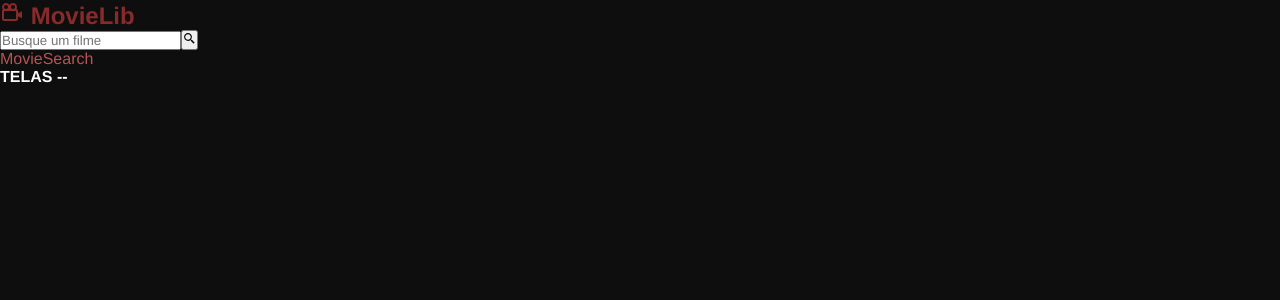
Repository: gustavo-eng/MovieLib
Page: /
The author's editor kept a copy of each file at every save. The page is drawn from the files as they stood at one save, then again after the next save.
The browser window is 1280 px wide. The pictures show the whole page.
The page's requests for data from a server got no answer. The project was rebuilt for these pictures with package versions that can differ from the ones it lists, and the page was loaded fresh each time. No one was signed in, and anything a server would have sent is missing. Also part of the build but not shown: vite.config.js, src/Pages/Movie.jsx, src/Pages/Search.jsx.

Above is the page before, as saved 2022-12-31 01:20:16.

After the next save:
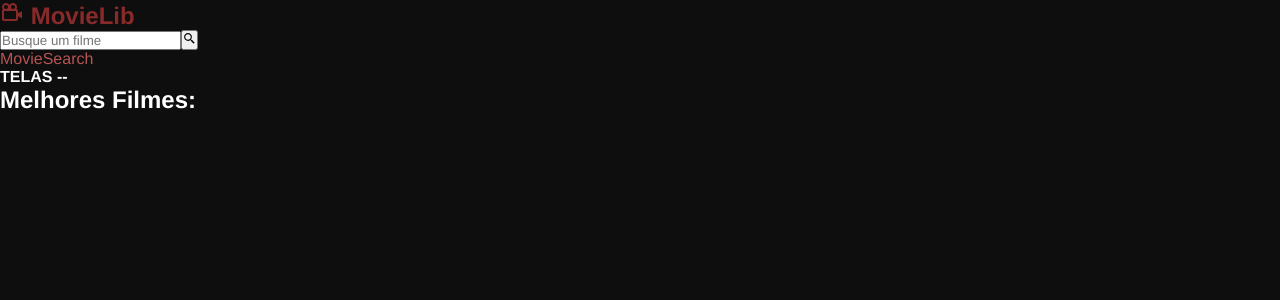
Saved 75 s later.
--- a/src/Pages/Home.jsx
+++ b/src/Pages/Home.jsx
@@ -28,8 +28,11 @@ const Home = () => {
 
 
     return (
-        <div className="Home">
-            {/* {topFilmes ? topFilmes.map((filme) => <p>{filme.title}</p>) : null} */}
+        <div className="container">
+            <h2 className="title"> Melhores Filmes: </h2>
+            <div className="movies-container">
+                {topFilmes ? topFilmes.map((filme) => <p>{filme.title}</p>) : null}
+            </div>
         </div>
     )
 }
